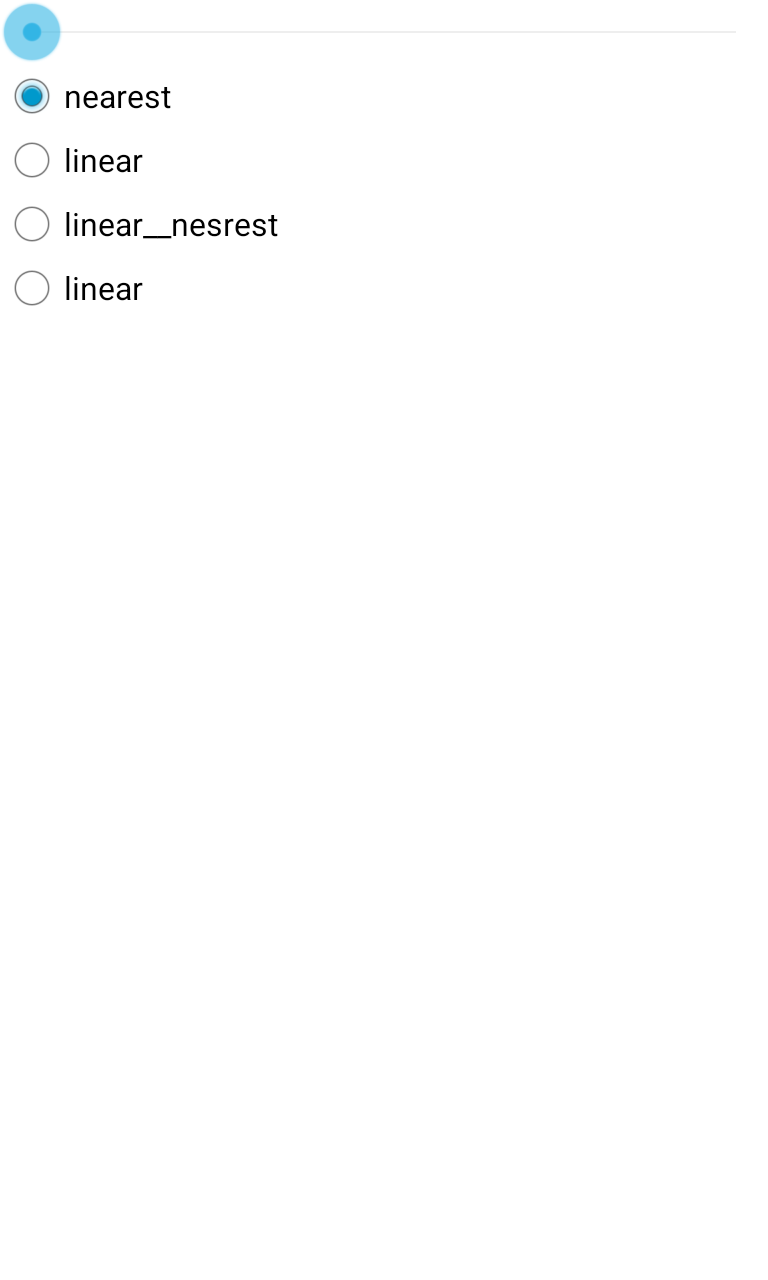
Repository: qhyuan1992/OpenGL-ES
Layout: OpenGlES_Texture2/res/layout/activity_main.xml
An editor plug-in stored every save of this project. The layout is shown before and after the next save, followed by the edit.
It is drawn on a 768 x 1280 px phone screen (xhdpi) without system bars, with theme AppTheme; the app's code is not run.

Above is the layout before, as saved 2016-10-31 05:57:51.

### OpenGlES_Texture2/res/layout/activity_main.xml
<?xml version="1.0" encoding="utf-8"?>
<LinearLayout xmlns:android="http://schemas.android.com/apk/res/android"
    android:id="@+id/main_liner"
    android:layout_width="fill_parent"
    android:layout_height="fill_parent"
    android:orientation="vertical" >

    <SeekBar
        android:id="@+id/sb"
        android:layout_width="fill_parent"
        android:layout_height="wrap_content"
        android:max="100" >
    </SeekBar>

    <RadioGroup
        android:id="@+id/radioGroup"
        android:layout_width="wrap_content"
        android:layout_height="wrap_content"
        android:contentDescription="性别" >

        <RadioButton
            android:id="@+id/radioMale"
            android:layout_width="wrap_content"
            android:layout_height="wrap_content"
            android:checked="true"
            android:text="nearest" >
        </RadioButton>

        <RadioButton
            android:id="@+id/radioFemale"
            android:layout_width="wrap_content"
            android:layout_height="wrap_content"
            android:text="linear" >
        </RadioButton>

        <RadioButton
            android:id="@+id/radioFemale"
            android:layout_width="wrap_content"
            android:layout_height="wrap_content"
            android:text="linear__nesrest" >
        </RadioButton>

        <RadioButton
            android:id="@+id/radioFemale"
            android:layout_width="wrap_content"
            android:layout_height="wrap_content"
            android:text="linear" >
        </RadioButton>
    </RadioGroup>

</LinearLayout>

Loaded but not shown: OpenGlES_Texture2/res/values/styles.xml (common file); OpenGlES_Texture2/res/values-v11/styles.xml (common file); OpenGlES_Texture2/res/values-v14/styles.xml (common file)

After the next save:
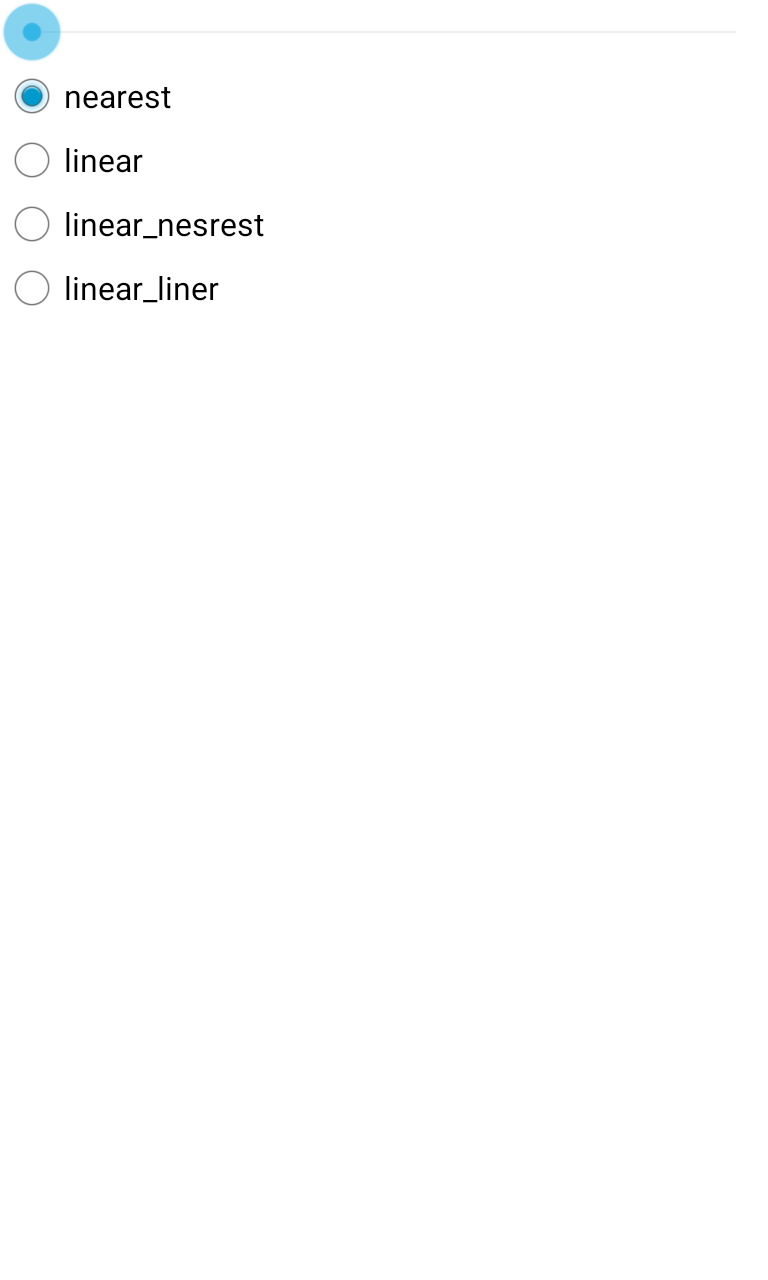
Saved 22 s later.
--- a/OpenGlES_Texture2/res/layout/activity_main.xml
+++ b/OpenGlES_Texture2/res/layout/activity_main.xml
@@ -37,14 +37,14 @@
             android:id="@+id/radioFemale"
             android:layout_width="wrap_content"
             android:layout_height="wrap_content"
-            android:text="linear__nesrest" >
+            android:text="linear_nesrest" >
         </RadioButton>
 
         <RadioButton
             android:id="@+id/radioFemale"
             android:layout_width="wrap_content"
             android:layout_height="wrap_content"
-            android:text="linear" >
+            android:text="linear_liner" >
         </RadioButton>
     </RadioGroup>
 
